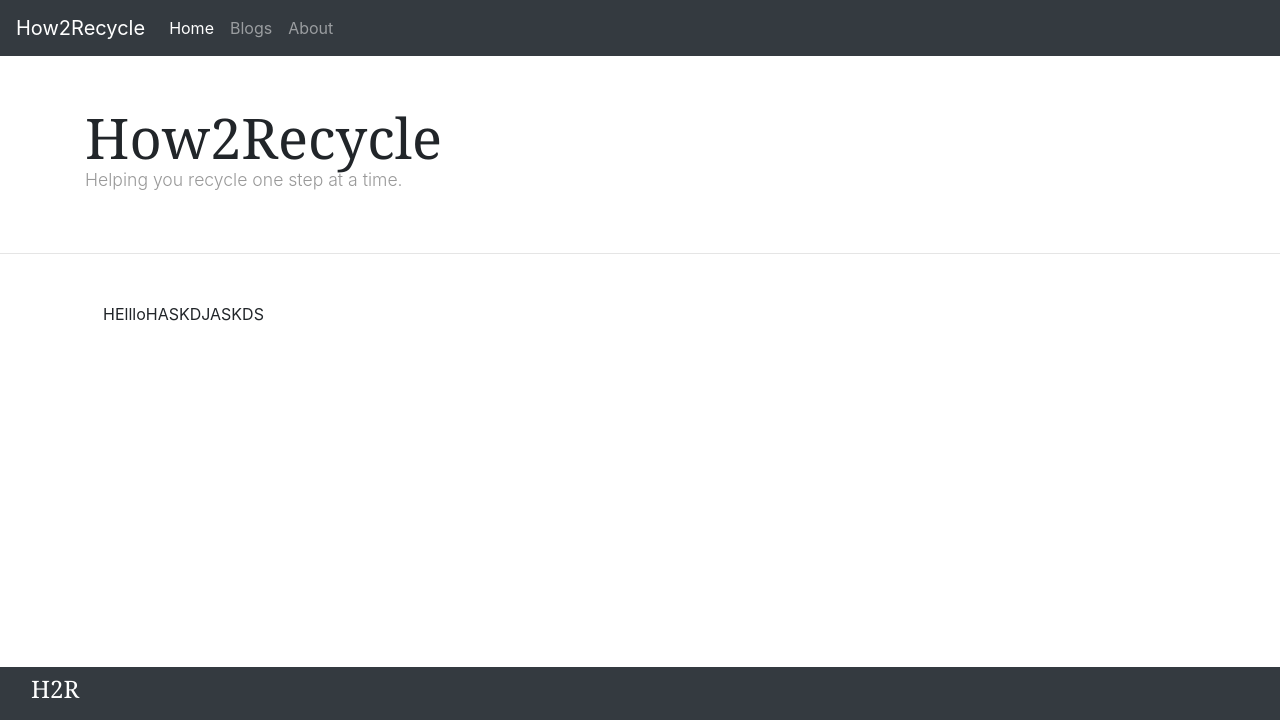
Repository: AshokSasi/CopyNPasta-Recycle-App
Page: http://localhost/about
The author's editor kept a copy of each file at every save. The page is drawn from the files as they stood at one save, then again after the next save.
The browser window is 1280 px wide. The pictures show the whole page.
The page is served by the project's Laravel application, run on PHP 8.4 with Laravel 8. Other server files are loaded and not shown.

Above is the page before, as saved 2021-09-25 16:13:17.

### routes/web.php
<?php


Route::get('/','ItemsController@index');

Route::get('/home/{item}','ItemsController@show');

Route::get('/about',function(){
    return view ('about');
});

Route::get('/posts/index','PostsController@index');

Route::get('/posts/create','PostsController@create');

Route::post('/posts','PostsController@store');


Route::get('/posts/{post}','PostsController@show');

Route::post('/posts/{post}/comments','CommentsController@store');

### resources/views/about.blade.php
@extends('layouts.master')

@section('content')
<p>HElllo</p>
<br/>
<div>
    <p>HASKDJASKDS</p>
</div>



@endsection

### resources/views/layouts/master.blade.php

<!doctype html>
<html lang="en">
  <head>
    <meta charset="utf-8">
    <meta name="viewport" content="width=device-width, initial-scale=1, shrink-to-fit=no">
    <meta name="description" content="">
    <meta name="author" content="">
    <link rel="icon" href="/docs/4.0/assets/img/favicons/favicon.ico">

    <title>The Bootstrap Blog</title>

    <link rel="canonical" href="https://getbootstrap.com/docs/4.0/examples/album/">

    <!-- Bootstrap core CSS -->
    <link rel="stylesheet" href="https://maxcdn.bootstrapcdn.com/bootstrap/4.0.0/css/bootstrap.min.css"
    integrity="sha384-Gn5384xqQ1aoWXA+058RXPxPg6fy4IWvTNh0E263XmFcJlSAwiGgFAW/dAiS6JXm" crossorigin="anonymous">

    <!-- Custom styles for this template -->
    <link href="/css/app.css" rel="stylesheet">
  </head>

  <body>

    <header>


    @include('layouts.nav')


    </header>

<div class="container p-3 p-md-5">
  <div class="row">
    @yield('content')

  </div>

</div>
@include('layouts.footer')

    <!-- Bootstrap core JavaScript
    ================================================== -->
    <!-- Placed at the end of the document so the pages load faster -->

  </body>
</html>

### resources/views/layouts/nav.blade.php
<nav class="navbar navbar-expand-lg navbar-dark bg-dark">
  <a class="navbar-brand" href="/">How2Recycle</a>
  <button class="navbar-toggler" type="button" data-toggle="collapse" data-target="#navbarSupportedContent" aria-controls="navbarSupportedContent" aria-expanded="false" aria-label="Toggle navigation">
    <span class="navbar-toggler-icon"></span>
  </button>

  <div class="collapse navbar-collapse" id="navbarSupportedContent">
    <ul class="navbar-nav mr-auto">
      <li class="nav-item active">
        <a class="nav-link" href="/">Home <span class="sr-only">(current)</span></a>
      </li>
      <li class="nav-item">
        <a class="nav-link" href="/posts/index">Blogs</a>
      </li>
      <li class="nav-item">
        <a class="nav-link" href="/about">About</a>
      </li>


    </ul>

  </div>
</nav>

<div class="blog-header p-3 p-md-5">
  <div class="container">
    <h1 class="blog-title">How2Recycle</h1>
    <p class="lead blog-description">Helping you recycle one step at a time.</p>
  </div>
</div>

### resources/views/layouts/footer.blade.php
<nav class="navbar fixed-bottom navbar-dark bg-dark footer">
  <div class="container-fluid ">
    <h4 class="white-text">H2R</h4>
  </div>
</nav>

### public/css/app.css
/* stylelint-disable selector-list-comma-newline-after */

.blog-header {
    line-height: 1;
    border-bottom: 1px solid #e5e5e5;
  }

  .blog-header-logo {
    font-family: "Playfair Display", Georgia, "Times New Roman", serif;
    font-size: 2.25rem;
  }

  .blog-header-logo:hover {
    text-decoration: none;
  }

  h1,
  h2,
  h3,
  h4,
  h5,
  h6 {
    font-family: "Playfair Display", Georgia, "Times New Roman", serif;
  }

  .display-4 {
    font-size: 2.5rem;
  }

  @media (min-width: 768px) {
    .display-4 {
      font-size: 3rem;
    }
  }

  .nav-scroller {
    position: relative;
    z-index: 2;
    height: 2.75rem;
    overflow-y: hidden;
  }

  .nav-scroller .nav {
    display: -webkit-box;
    display: -ms-flexbox;
    display: flex;
    -ms-flex-wrap: nowrap;
    flex-wrap: nowrap;
    padding-bottom: 1rem;
    margin-top: -1px;
    overflow-x: auto;
    text-align: center;
    white-space: nowrap;
    -webkit-overflow-scrolling: touch;
  }

  .nav-scroller .nav-link {
    padding-top: .75rem;
    padding-bottom: .75rem;
    font-size: .875rem;
  }

  .card-img-right {
    height: 100%;
    border-radius: 0 3px 3px 0;
  }

  .flex-auto {
    -ms-flex: 0 0 auto;
    -webkit-box-flex: 0;
    flex: 0 0 auto;
  }

  .h-250 {
    height: 250px;
  }

  @media (min-width: 768px) {
    .h-md-250 {
      height: 250px;
    }
  }

  .border-top {
    border-top: 1px solid #e5e5e5;
  }

  .border-bottom {
    border-bottom: 1px solid #e5e5e5;
  }

  .box-shadow {
    -webkit-box-shadow: 0 0.25rem 0.75rem rgba(0, 0, 0, 0.05);
            box-shadow: 0 0.25rem 0.75rem rgba(0, 0, 0, 0.05);
  }

  /*
     * Blog name and description
     */

  .blog-title {
    margin-bottom: 0;
    font-size: 2rem;
    font-weight: 400;
  }

  .blog-description {
    font-size: 1.1rem;
    color: #999;
  }

  @media (min-width: 40em) {
    .blog-title {
      font-size: 3.5rem;
    }
  }

  /* Pagination */

  .blog-pagination {
    margin-bottom: 4rem;
  }

  .blog-pagination > .btn {
    border-radius: 2rem;
  }

  /*
     * Blog posts
     */

  .blog-post {
    margin-bottom: 4rem;
  }

  .blog-post-title {
    margin-bottom: .25rem;
    font-size: 2.5rem;
  }

  .blog-post-meta {
    margin-bottom: 1.25rem;
    color: #999;
  }

  /*
     * Footer
     */

  .blog-footer {
    padding: 2.5rem 0;
    color: #999;
    text-align: center;
    background-color: #f9f9f9;
    border-top: .05rem solid #e5e5e5;
  }

  .blog-footer p:last-child {
    margin-bottom: 0;
  }

/* stylelint-disable selector-list-comma-newline-after */

.blog-header {
    line-height: 1;
    border-bottom: 1px solid #e5e5e5;
  }

  .blog-header-logo {
    font-family: "Playfair Display", Georgia, "Times New Roman", serif;
    font-size: 2.25rem;
  }

  .blog-header-logo:hover {
    text-decoration: none;
  }

  h1,
  h2,
  h3,
  h4,
  h5,
  h6 {
    font-family: "Playfair Display", Georgia, "Times New Roman", serif;
  }

  .display-4 {
    font-size: 2.5rem;
  }

  @media (min-width: 768px) {
    .display-4 {
      font-size: 3rem;
    }
  }

  .nav-scroller {
    position: relative;
    z-index: 2;
    height: 2.75rem;
    overflow-y: hidden;
  }

  .nav-scroller .nav {
    display: -webkit-box;
    display: -ms-flexbox;
    display: flex;
    -ms-flex-wrap: nowrap;
    flex-wrap: nowrap;
    padding-bottom: 1rem;
    margin-top: -1px;
    overflow-x: auto;
    text-align: center;
    white-space: nowrap;
    -webkit-overflow-scrolling: touch;
  }

  .nav-scroller .nav-link {
    padding-top: .75rem;
    padding-bottom: .75rem;
    font-size: .875rem;
  }

  .card-img-right {
    height: 100%;
    border-radius: 0 3px 3px 0;
  }

  .flex-auto {
    -ms-flex: 0 0 auto;
    -webkit-box-flex: 0;
    flex: 0 0 auto;
  }

  .h-250 {
    height: 250px;
  }

  @media (min-width: 768px) {
    .h-md-250 {
      height: 250px;
    }
  }

  .border-top {
    border-top: 1px solid #e5e5e5;
  }

  .border-bottom {
    border-bottom: 1px solid #e5e5e5;
  }

  .box-shadow {
    -webkit-box-shadow: 0 0.25rem 0.75rem rgba(0, 0, 0, 0.05);
            box-shadow: 0 0.25rem 0.75rem rgba(0, 0, 0, 0.05);
  }

  /*
     * Blog name and description
     */

  .blog-title {
    margin-bottom: 0;
    font-size: 2rem;
    font-weight: 400;
  }

  .blog-description {
    font-size: 1.1rem;
    color: #999;
  }

  @media (min-width: 40em) {
    .blog-title {
      font-size: 3.5rem;
    }
  }

  /* Pagination */

  .blog-pagination {
    margin-bottom: 4rem;
  }

  .blog-pagination > .btn {
    border-radius: 2rem;
  }

  /*
     * Blog posts
     */

  .blog-post {
    margin-bottom: 4rem;
  }

  .blog-post-title {
    margin-bottom: .25rem;
    font-size: 2.5rem;
  }

  .blog-post-meta {
    margin-bottom: 1.25rem;
    color: #999;
  }

  /*
     * Footer
     */

  .blog-footer {
    padding: 2.5rem 0;
    color: #999;
    text-align: center;
    background-color: #f9f9f9;
    border-top: .05rem solid #e5e5e5;
  }

  .blog-footer p:last-child {
    margin-bottom: 0;
  }
  .red-text{
    color:red;
  }
  .white-text{
    color:white;
  }

  /* ============================================================================================== */

After the next save:
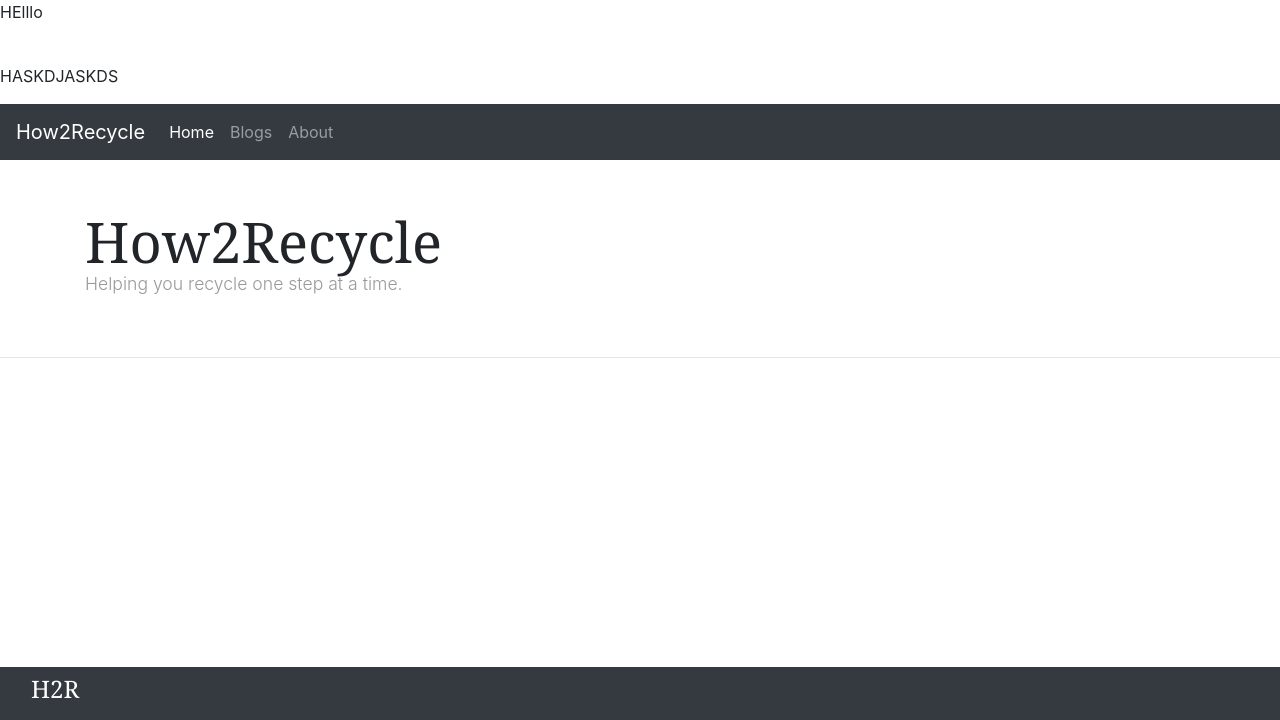
Saved 7 s later.
--- a/resources/views/about.blade.php
+++ b/resources/views/about.blade.php
@@ -1,12 +1,8 @@
 @extends('layouts.master')
 
-@section('content')
+
 <p>HElllo</p>
 <br/>
 <div>
     <p>HASKDJASKDS</p>
 </div>
-
-
-
-@endsection

After the save that followed:
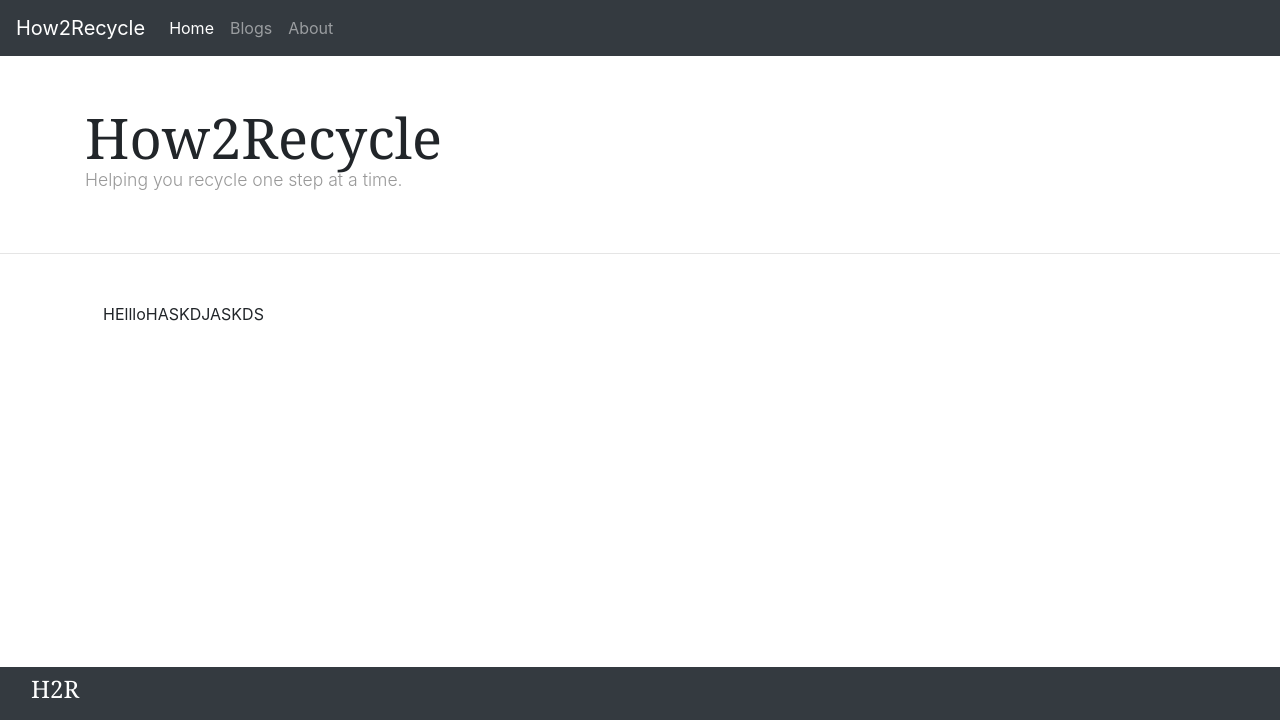
Saved 7 s later.
--- a/resources/views/about.blade.php
+++ b/resources/views/about.blade.php
@@ -1,8 +1,12 @@
 @extends('layouts.master')
 
-
+@section('content')
 <p>HElllo</p>
 <br/>
 <div>
     <p>HASKDJASKDS</p>
 </div>
+
+
+
+@endsection
